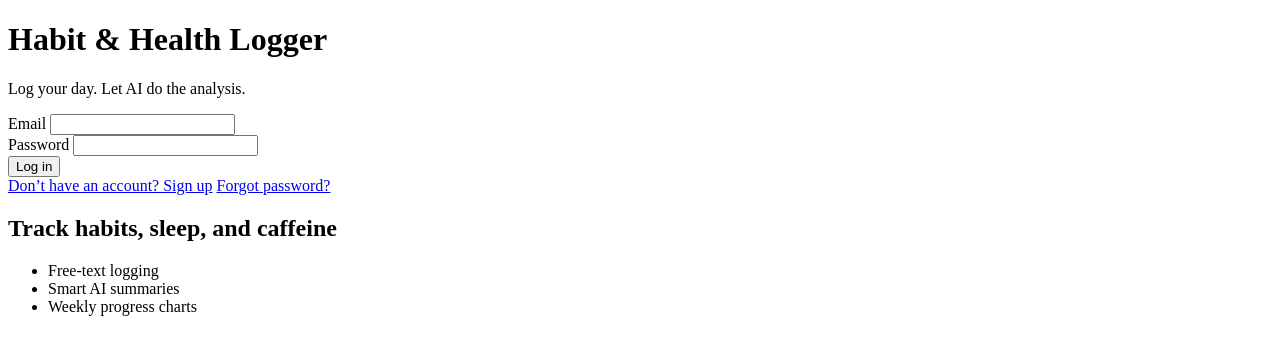
Repository: rawanwehbe6/habit-health-logger
Page: HHL-client/index.html
These files come from the project's save history. The page is drawn as it stood at one moment and after the next save; the edit follows.
The browser window is 1280 px wide. The pictures show the whole page.

Above is the page before, as saved 2025-11-16 00:16:53.

After the next save:
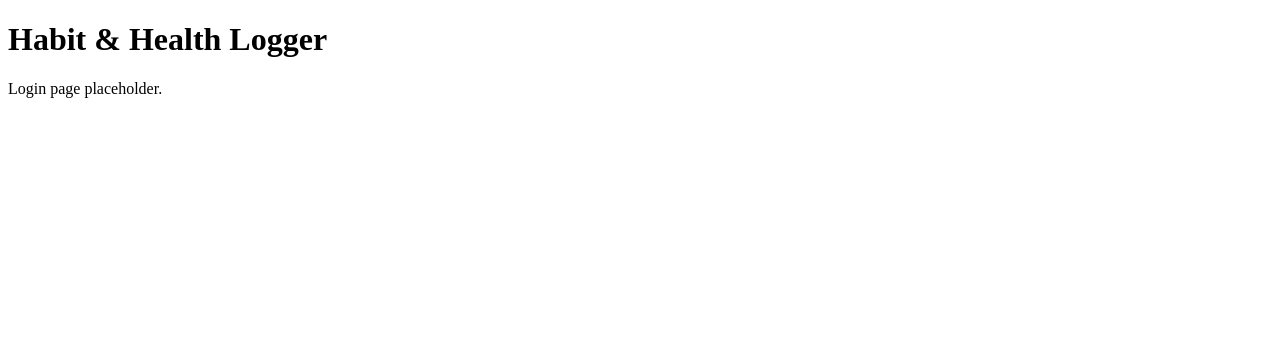
Saved 9 s later.
--- a/HHL-client/index.html
+++ b/HHL-client/index.html
@@ -2,60 +2,11 @@
 <html lang="en">
 <head>
   <meta charset="UTF-8" />
-  <title>Habit & Health Logger – Login</title>
+  <title>Habit &amp; Health Logger – Login</title>
   <meta name="viewport" content="width=device-width, initial-scale=1.0" />
-  <link rel="stylesheet" href="assets/css/style.css" />
 </head>
-<body class="auth-body">
-  <div class="auth-layout">
-    <!-- Left: login card -->
-    <main class="auth-card">
-      <h1 class="app-title">Habit &amp; Health Logger</h1>
-      <p class="app-subtitle">Log your day. Let AI do the analysis.</p>
-
-      <form class="auth-form" id="login-form">
-        <div class="form-group">
-          <label for="email">Email</label>
-          <input
-            type="email"
-            id="email"
-            name="email"
-            autocomplete="email"
-            required
-          />
-        </div>
-
-        <div class="form-group">
-          <label for="password">Password</label>
-          <input
-            type="password"
-            id="password"
-            name="password"
-            autocomplete="current-password"
-            required
-          />
-        </div>
-
-        <button type="submit" class="btn-primary">Log in</button>
-
-        <div class="auth-links">
-          <a href="#" class="auth-link">Don’t have an account? Sign up</a>
-          <a href="#" class="auth-link">Forgot password?</a>
-        </div>
-      </form>
-    </main>
-
-    <!-- Right: marketing panel -->
-    <aside class="auth-side">
-      <h2>Track habits, sleep, and caffeine</h2>
-      <ul>
-        <li>Free-text logging</li>
-        <li>Smart AI summaries</li>
-        <li>Weekly progress charts</li>
-      </ul>
-    </aside>
-  </div>
-
-  <script src="assets/js/app.js"></script>
+<body>
+  <h1>Habit &amp; Health Logger</h1>
+  <p>Login page placeholder.</p>
 </body>
 </html>
